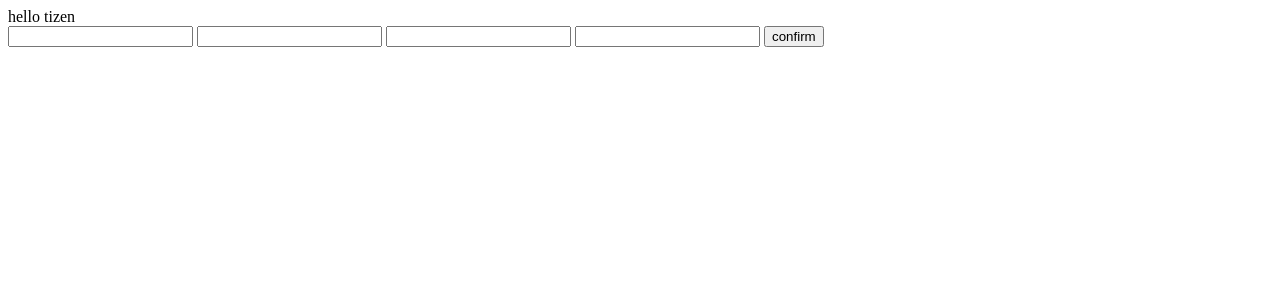
Repository: wurikiji/ttFS
Page: hunbag/webapp/TimetableFilesystem/index.html
The author's editor kept a copy of each file at every save. The page is drawn from the files as they stood at one save, then again after the next save.
The browser window is 1280 px wide. The pictures show the whole page.

Above is the page before, as saved 2014-12-07 05:45:49.

After the next save:
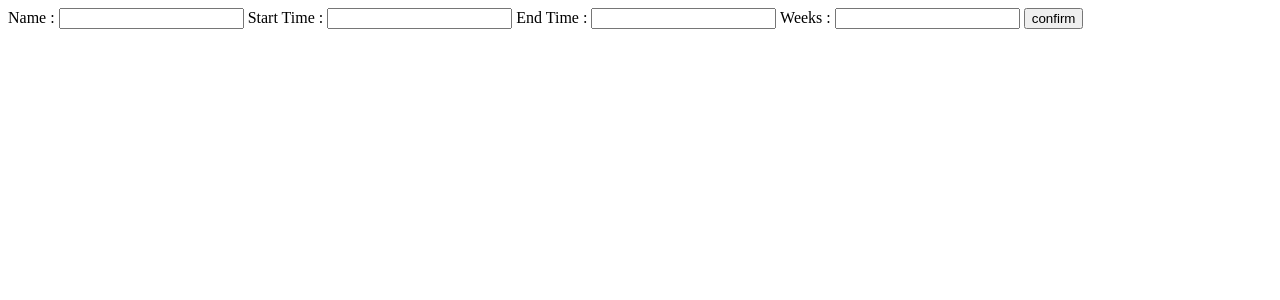
Saved 2 min 27 s later.
--- a/hunbag/webapp/TimetableFilesystem/index.html
+++ b/hunbag/webapp/TimetableFilesystem/index.html
@@ -6,10 +6,10 @@
 
 <body>
 	<form>
-		<input type="text" name="Name">
-		<input type="text" name="StartTime">
-		<input type="text" name="EndTime">
-		<input type="text" name="Weeks">
+		Name : <input type="text" name="Name">
+		Start Time : <input type="text" name="StartTime">
+		End Time : <input type="text" name="EndTime">
+		Weeks : <input type="text" name="Weeks">
 		<input type="button" VALUE="confirm" onclick="func(this.form.Name, this.form.StartTime, this.form.EndTime, this.form.Weeks);">
 	</form>
 </body>
--- a/hunbag/webapp/TimetableFilesystem/js/test.js
+++ b/hunbag/webapp/TimetableFilesystem/js/test.js
@@ -1,4 +1,3 @@
-document.write("hello tizen");
 
 function clicked()
 {
